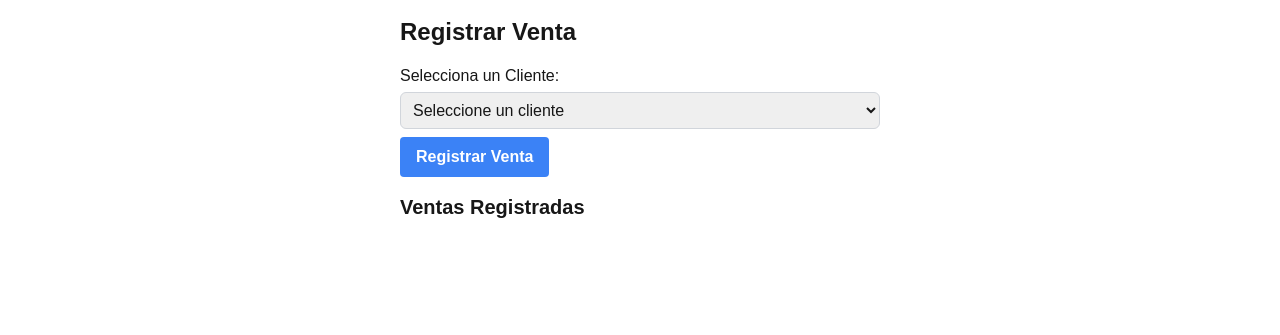
Repository: manucavallera/Sistema-Gestion
Page: /ventas
An editor plug-in stored every save of this project. The page is shown before and after the next save, followed by the edit.
The browser window is 1280 px wide. The pictures show the whole page.
The page's requests for data from a server got no answer. The project was rebuilt for these pictures with package versions that can differ from the ones it lists, and the page was loaded fresh each time. The framework's server and built-in components were replaced by stand-ins that run in the browser. No one was signed in, and anything a server would have sent is missing. Also part of the build but not shown: next.config.mjs.

Above is the page before, as saved 2024-11-13 16:39:42.

After the next save:
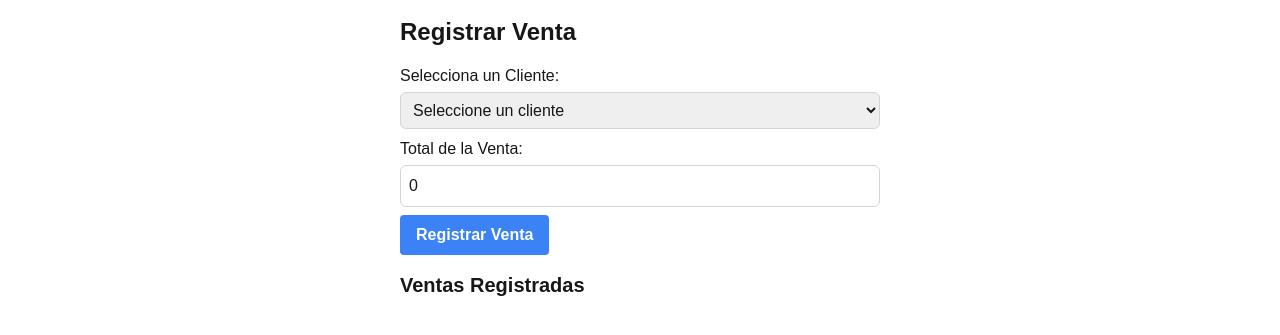
Saved 2 min 0 s later.
--- a/src/app/ventas/page.tsx
+++ b/src/app/ventas/page.tsx
@@ -3,13 +3,21 @@ import React, { useState, useEffect } from "react";
 
 // Definimos las interfaces para Cliente y Venta
 interface Cliente {
-  id: number; // Cambiado a number según tu esquema
+  id: number; // ID del cliente
   razonSocial: string; // Razón social del cliente
+  direccion: string; // Dirección del cliente
+  cuit: string; // CUIT del cliente
+  zona: string; // Zona del cliente
+  telefono?: string; // Teléfono del cliente (opcional)
+  email?: string; // Email del cliente (opcional)
+  saldo: number; // Saldo del cliente
 }
 
 interface Venta {
-  clienteId: number; // Cambiado a number
+  clienteId: number; // ID del cliente
   razonSocial: string; // Razón social del cliente
+  fecha: string; // Fecha de la venta
+  total: number; // Total de la venta
 }
 
 const VentasPage: React.FC = () => {
@@ -17,6 +25,7 @@ const VentasPage: React.FC = () => {
   const [clienteSeleccionado, setClienteSeleccionado] = useState<number | null>(
     null
   );
+  const [totalVenta, setTotalVenta] = useState<number>(0); // Total de la venta
   const [ventas, setVentas] = useState<Venta[]>([]);
 
   useEffect(() => {
@@ -30,14 +39,19 @@ const VentasPage: React.FC = () => {
 
   const manejarEnvio = (e: React.FormEvent<HTMLFormElement>) => {
     e.preventDefault();
-    const cliente = clientes.find((c) => c.id === clienteSeleccionado);
-    if (cliente) {
-      const nuevaVenta: Venta = {
-        clienteId: clienteSeleccionado!,
-        razonSocial: cliente.razonSocial,
-      };
-      setVentas([...ventas, nuevaVenta]);
-      setClienteSeleccionado(null); // Resetear selección después de registrar
+    if (clienteSeleccionado !== null) {
+      const cliente = clientes.find((c) => c.id === clienteSeleccionado);
+      if (cliente) {
+        const nuevaVenta: Venta = {
+          clienteId: clienteSeleccionado,
+          razonSocial: cliente.razonSocial,
+          fecha: new Date().toISOString(), // Fecha actual
+          total: totalVenta, // Total de la venta
+        };
+        setVentas([...ventas, nuevaVenta]);
+        setClienteSeleccionado(null); // Resetear selección después de registrar
+        setTotalVenta(0); // Resetear total de venta
+      }
     }
   };
 
@@ -55,10 +69,21 @@ const VentasPage: React.FC = () => {
             <option value=''>Seleccione un cliente</option>
             {clientes.map((cliente) => (
               <option key={cliente.id} value={cliente.id}>
-                {cliente.razonSocial}
+                {cliente.razonSocial} - {cliente.cuit} - {cliente.telefono}
               </option>
             ))}
           </select>
+        </label>
+        <label className='block mb-2'>
+          Total de la Venta:
+          <input
+            type='number'
+            value={totalVenta}
+            onChange={(e) => setTotalVenta(Number(e.target.value))}
+            className='mt-1 block w-full border border-gray-300 rounded-md p-2'
+            placeholder='Ingrese el total'
+            required
+          />
         </label>
         <button
           type='submit'
@@ -70,7 +95,10 @@ const VentasPage: React.FC = () => {
       <h2 className='text-xl font-semibold mb-2'>Ventas Registradas</h2>
       <ul className='list-disc pl-5'>
         {ventas.map((venta, index) => (
-          <li key={index}>Venta a Cliente: {venta.razonSocial}</li>
+          <li key={index}>
+            {venta.fecha} - Venta a {venta.razonSocial}: $
+            {venta.total.toFixed(2)}
+          </li>
         ))}
       </ul>
     </div>
